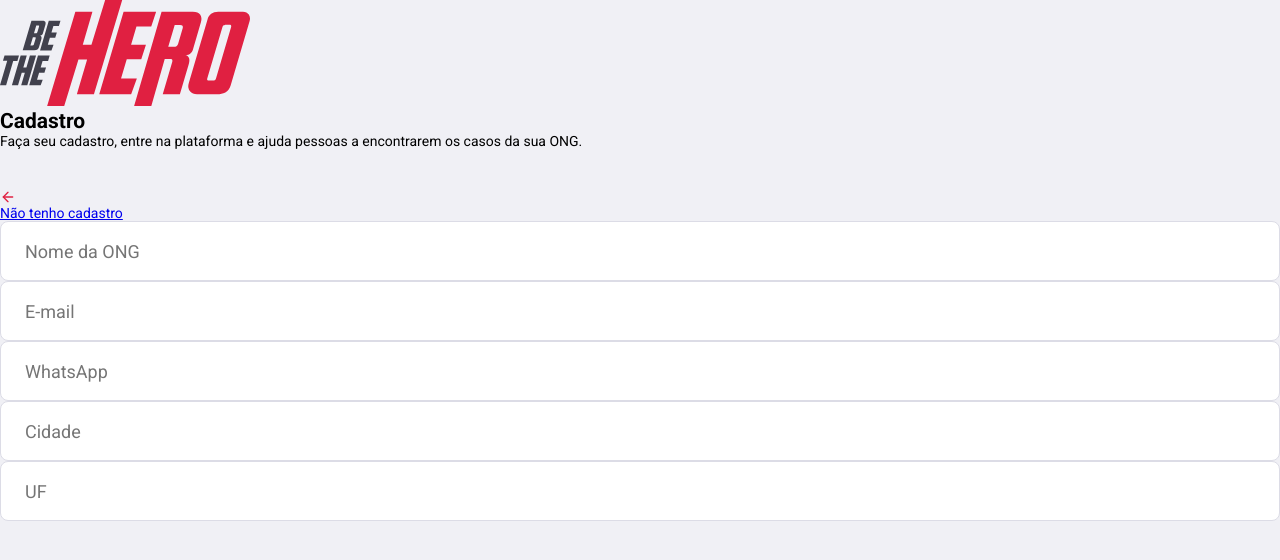
Repository: pedroevangelista/be-the-hero
Page: /register (app in frontend/)
The author's editor kept a copy of each file at every save. The page is drawn from the files as they stood at one save, then again after the next save.
The browser window is 1280 px wide. The pictures show the whole page.
The project was rebuilt for these pictures with package versions that can differ from the ones it lists, and the page was loaded fresh each time. Also part of the build but not shown: frontend/src/pages/Logon/styles.css, frontend/src/pages/Logon/index.js, frontend/src/pages/Register/styles.css.

Above is the page before, as saved 2020-03-25 14:05:55.

After the next save:
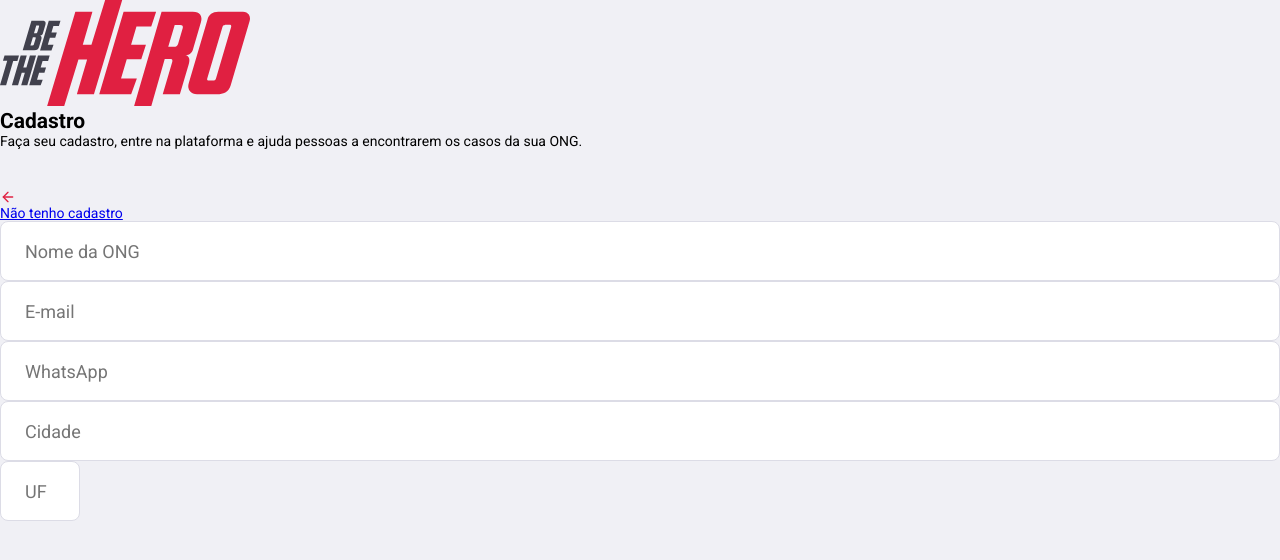
Saved 28 s later.
--- a/frontend/src/pages/Register/index.js
+++ b/frontend/src/pages/Register/index.js
@@ -27,7 +27,7 @@ export default function Register() {
 
                     <div className="input-group">
                         <input placeholder="Cidade" />
-                        <input placeholder="UF" />
+                        <input placeholder="UF" style={ { width: 80 } } />
                     </div>
                 </form>
             </div>
